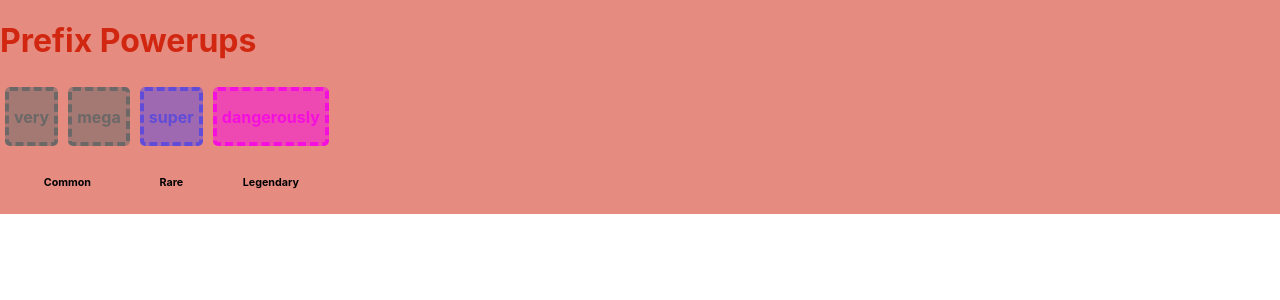
Repository: bsalgado98/buns-inator
Page: /
These files come from the project's save history. The page is drawn as it stood at one moment and after the next save; the edit follows.
The browser window is 1280 px wide. The pictures show the whole page.
The project was rebuilt for these pictures with package versions that can differ from the ones it lists, and the page was loaded fresh each time.

Above is the page before, as saved 2022-04-25 22:35:37.

### src/index.css
body {
    margin: 0;
    padding: 0;
    font-family: -apple-system, BlinkMacSystemFont, 'Segoe UI', 'Roboto', 'Oxygen',
        'Ubuntu', 'Cantarell', 'Fira Sans', 'Droid Sans', 'Helvetica Neue',
        sans-serif;
    -webkit-font-smoothing: antialiased;
    -moz-osx-font-smoothing: grayscale;
}

code {
    font-family: source-code-pro, Menlo, Monaco, Consolas, 'Courier New', monospace;
}

### src/App.js
import './App.css';
import WordBank from './components/WordBank/WordBank'

function App() {
    const wordList = {
        prefixPowerups: [
            {
                sectionTitle: "Common",
                words: ['very', 'mega'],
                color: "#6b6867"
            },
            {
                sectionTitle: "Rare",
                words: ['super'],
                color: "#614cd9"
            },
            {
                sectionTitle: "Legendary",
                words: ['dangerously'],
                color: "#f50fde"
            }
        ]
    }

    return (
        <div className="App">
            <WordBank bankTitle='Prefix Powerups' color="#d12711" wordCollection={wordList.prefixPowerups}/>
        </div>
    );
}

export default App;

### src/components/WordBank/WordBank.js
import createWordSection from "../../utility/wordSection"

const WordBank = ({ bankTitle = "N/A", color = "#000000", wordCollection = [] }) => {
    const styles = {
        container: {
            style: {
                backgroundColor: `${color}88`,
                display: 'flex',
                flexDirection: 'column'
            }
        },
        title: {
            style: {
                color: color
            },
            container: {
                style: {
                    display: 'flex',
                    width: '100%'
                }
            }
        },
        collectionArea: {
            style: {
                display: 'flex'
            },
            section: {
                style: {
                    display: 'flex',
                    flexDirection: 'column'
                },
                wordArea: {
                    style: {
                        display: 'flex'
                    }
                }
            }
        }
    }
    return (
        <div style={styles.container.style}>
            <div style={styles.title.container.style}>
                <h1 style={styles.title.style}>{bankTitle}</h1>
            </div>
            <div style={styles.collectionArea.style}>
                {wordCollection.map((section, i) => {
                    console.log(section.sectionTitle)
                    return (
                        <div key={`section-${i}`} style={styles.collectionArea.section.style}>
                            <div style={styles.collectionArea.section.wordArea.style}>
                                {createWordSection(section.words, section.color)}
                            </div>
                            <h6>{section.sectionTitle}</h6>
                        </div>
                    )
                })}
            </div>
        </div>
    )
}

export default WordBank

### src/utility/wordSection.js
import WordCard from "../components/WordCard/WordCard";

function createWordSection(words, wordColor) {
    return words.map((word, i) => <WordCard key={`word-${i}`} text={word} color={wordColor} />)
}

export default createWordSection

### src/components/WordCard/WordCard.js
const WordCard = ({ text = "N/A", color = "#000000" }) => {
    const styles = {
        container: {
            style: {
                background: `${color}88`,
                display: 'flex',
                border: `4px dashed ${color}`,
                margin: '5px',
                padding: '5px',
                borderRadius: '5px'
            }
        },
        text: {
            style: {
                color: color,
                fontSize: '16px'
            }
        }
    }
    return (
        <div style={styles.container.style}>
            <h1 style={styles.text.style}>{text}</h1>
        </div>
    )
}

export default WordCard

Loaded but not shown: public/index.html (common file); src/index.js (common file); src/reportWebVitals.js (common file); src/App.css (common file)

After the next save:
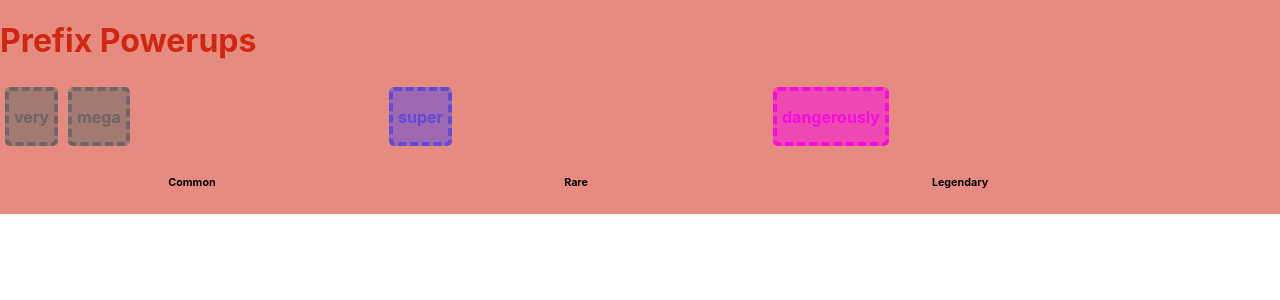
Saved 57 s later.
--- a/src/components/WordBank/WordBank.js
+++ b/src/components/WordBank/WordBank.js
@@ -27,7 +27,8 @@ const WordBank = ({ bankTitle = "N/A", color = "#000000", wordCollection = [] })
             section: {
                 style: {
                     display: 'flex',
-                    flexDirection: 'column'
+                    flexDirection: 'column',
+                    width: '30%'
                 },
                 wordArea: {
                     style: {
